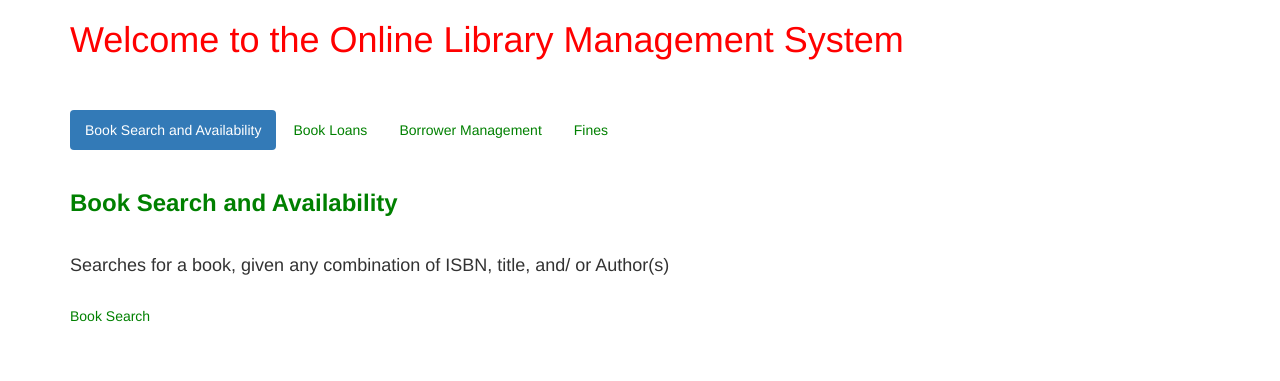
Repository: ApurvaMithal/LibraryManagementSystem
Page: http://localhost/LibraryManagementSystem/
These files come from the project's save history. The page is drawn as it stood at one moment and after the next save; the edit follows.
The browser window is 1280 px wide. The pictures show the whole page.
The page is served by Tomcat 9.

Above is the page before, as saved 2018-03-03 01:42:31.

After the next save:
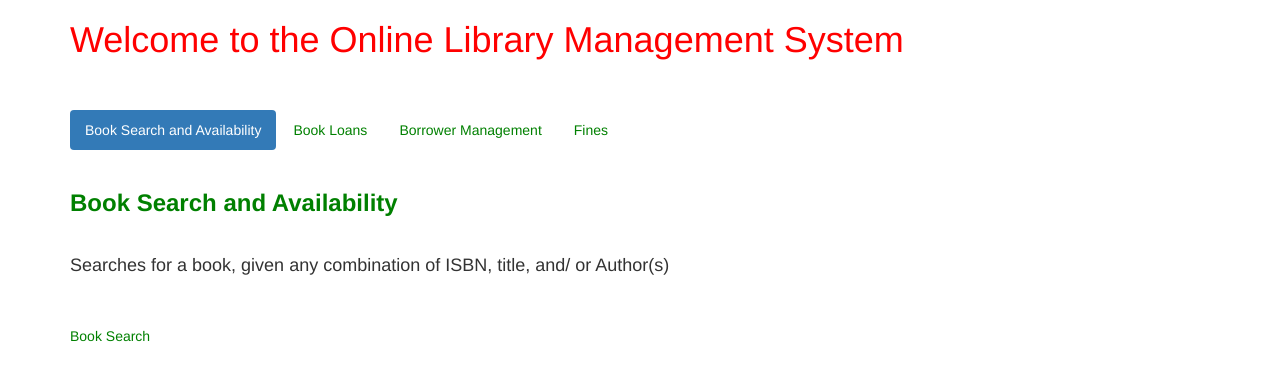
Saved 3 min 2 s later.
--- a/eclipse/LibraryManagementSystem/WebContent/index.jsp
+++ b/eclipse/LibraryManagementSystem/WebContent/index.jsp
@@ -15,7 +15,7 @@
     text-decoration: none;
 }
 a:visited {
-    color: pink;
+    color: 	;
     background-color: transparent;
     text-decoration: none;
 }
@@ -50,7 +50,7 @@ a:active {
 				<h3><font color = "green"><strong>Book Search and Availability</strong></font></h3></br>
 				<h4>Searches for a book, given any combination of ISBN, title, and/
 				or Author(s)</h4></br>
-				<a href="BookSearch.jsp" target="_blank">Book Search</a>
+				<h2></h2><a href="BookSearch.jsp" target="_blank">Book Search</a> </h2>
 
 				</div>
 			<div id="BookLoans" class="tab-pane fade">
